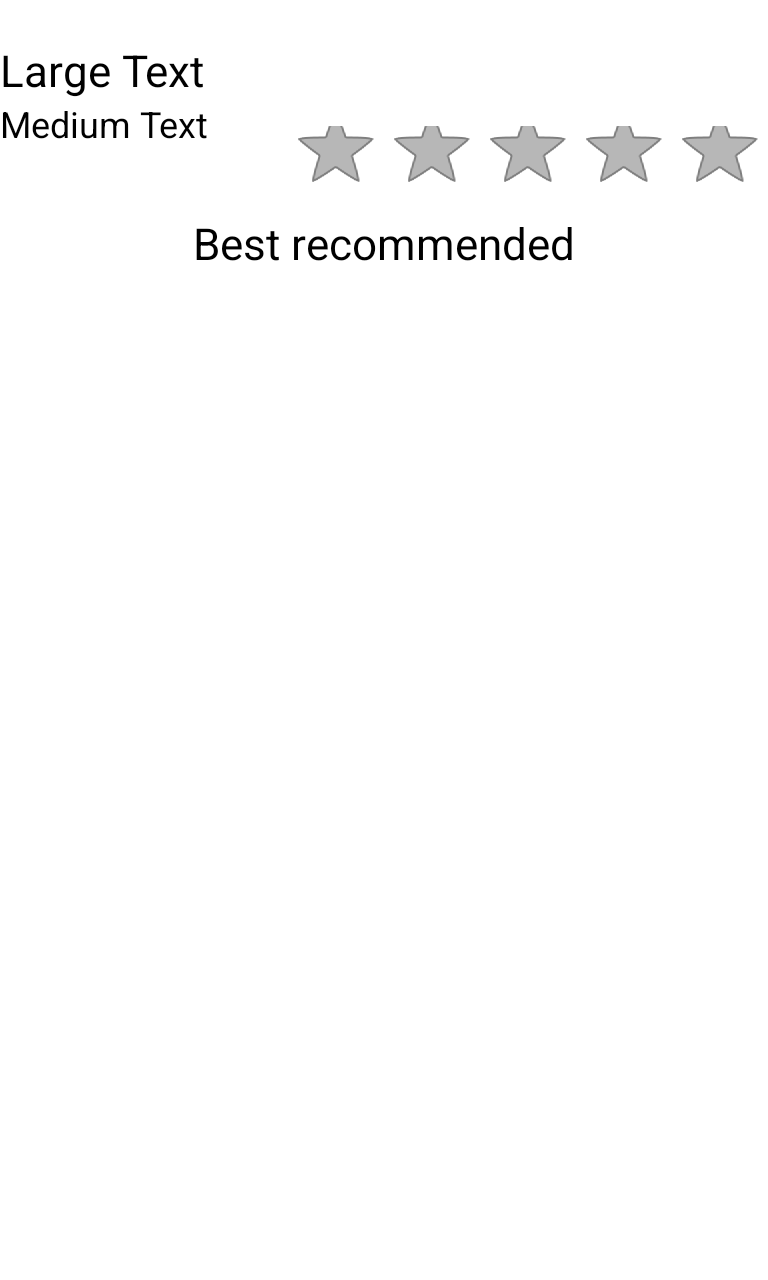
Repository: yash256/atnt
Layout: Farmdroid/res/layout/market_details.xml
The author's editor kept a copy of each file at every save. The layout is drawn from the files as they stood at one save, then again after the next save.
It is drawn on a 768 x 1280 px phone screen (xhdpi) without system bars, with theme AppTheme; the app's code is not run. Lists and similar views that code fills are empty.

Above is the layout before, as saved 2014-11-10 03:56:51.

After the next save:
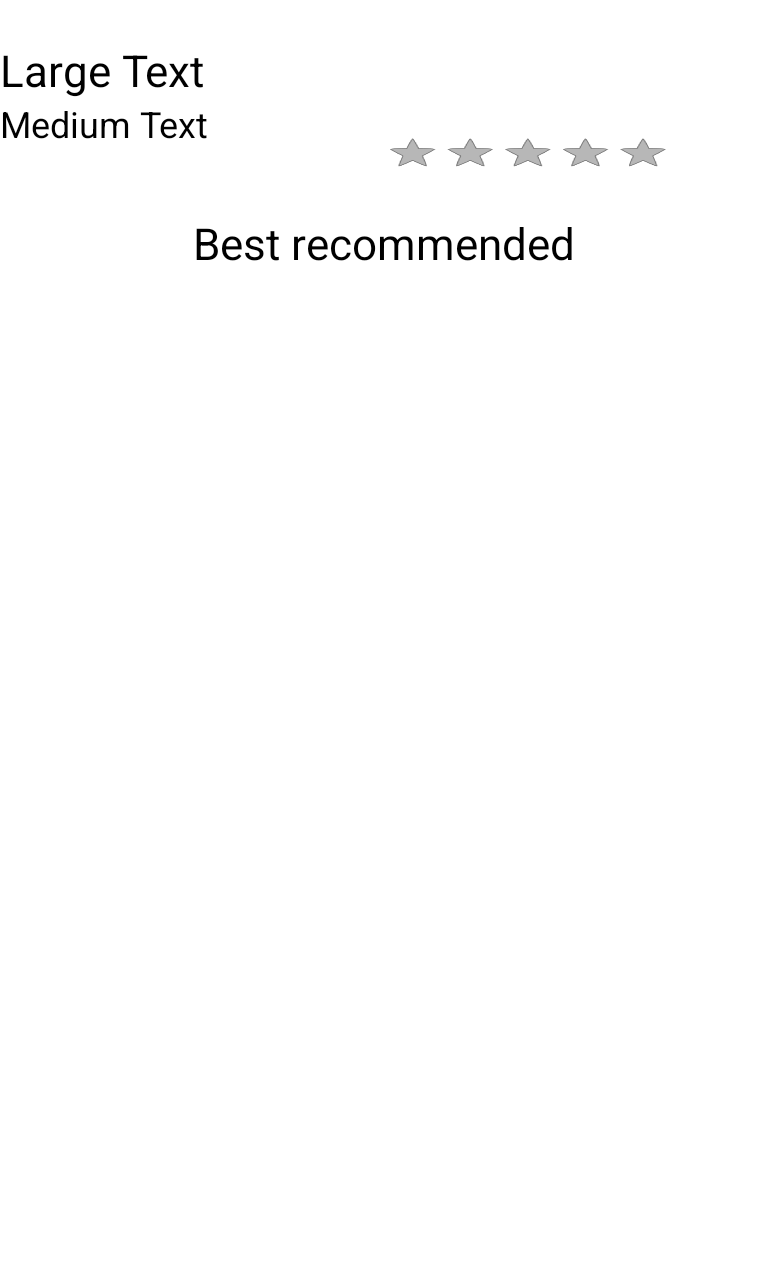
Saved 4 min 5 s later.
--- a/Farmdroid/res/layout/market_details.xml
+++ b/Farmdroid/res/layout/market_details.xml
@@ -32,8 +32,8 @@
         android:id="@+id/ratingBar1"
         android:layout_columnSpan="4"
         android:layout_gravity="right"
-        android:maxHeight="30dp"
-        android:maxWidth="60dp" />
+        android:scaleX="0.6"
+        android:scaleY="0.4" />
 
     <TextView
         android:id="@+id/top_items_header"
